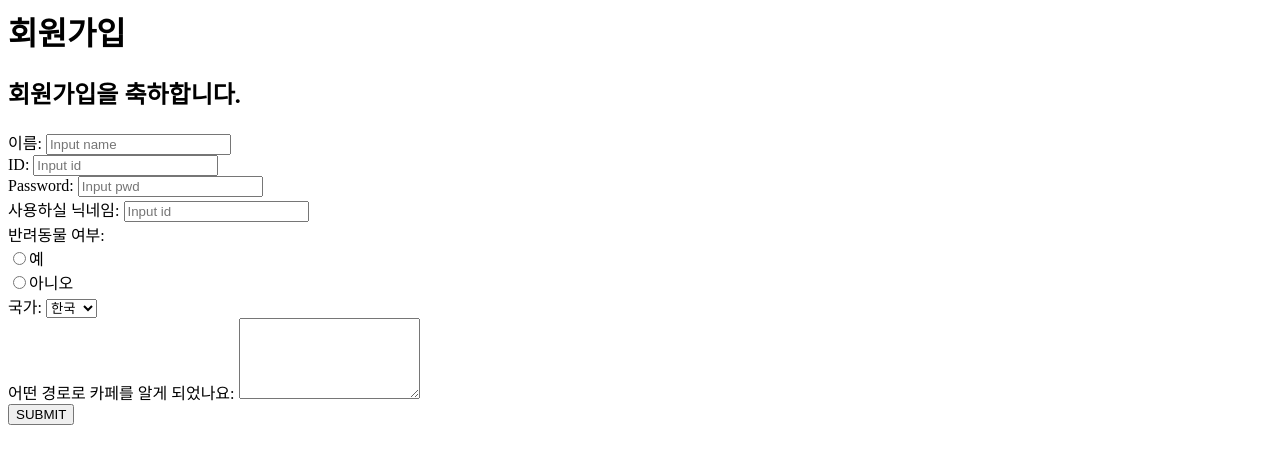
Repository: sangeun100/html
Page: http://localhost/login/register
An editor plug-in stored every save of this project. The page is shown before and after the next save, followed by the edit.
The browser window is 1280 px wide. The pictures show the whole page.
The page is this project's Thymeleaf template; nobody is signed in. The template is opened directly, without the code that normally fills it, so the values that code supplies are empty.

Above is the page before, as saved 2022-05-24 00:11:51.
Console error: ReferenceError: $ is not defined

### day061/src/main/resources/templates/login/register.html
<meta charset="UTF-8">


<script>
/* function checkid(id) {
	$.ajax({
		url:'checkid',
		data:{'id':id},
		success:function(data){
		if(data == '1') {
			$('#iid').text('사용가능 합니다.');
		}else {
			$('#iid').text('사용 불가능 합니다.');
		}
	  }
	});
}; */
$(document).ready(function () {
	$('input[name="name"]').keyup(function () { // 이름은 3자리 이상이어야 함
		var id = $(this).val();
		if (id.length < 3) {
			$('#sname').text('3자리 이상이어야 합니다.');
		  }else { //3자리 이상이면 서버에 전송
			  $('#sname').text('');
		  }
	$('input[name="id"]').keyup(function () {
		var id = $(this).val();
		if (id.length < 3) {
			$('#iid').text('3자리 이상이어야 합니다.');
			 }else {
				 $('#iid').text('');
				//checkid(id); //ajax에서 aaaa~ cccc 는 사용 불가 아이디
		}

	$('button').attr('disabled','disabled'); // 다 입력안하면 클릭불가
	$('button').click(function () {

		$('#register_form1').attr({ //등록페이지 받아오기, 제출
			'action':'register_form1impl',
			'method':'post'
		});
		$('#register_form1').submit();
		});
	$('button').removeAttr('disabled'); // 다 입력하면 클릭 가능
	});
  });
});
</script>
<h1>회원가입</h1>

<div>
<h2>회원가입을 축하합니다.</h2>
<form id="register_form1">
<!-- 이름칸 -->
<div class="form-group">
	  <label for="name">이름:</label>
	  <input type="text" name="name" class="form-control" id="name" placeholder="Input name">
      <span id="sname"></span>
	</div>
<!-- 아이디칸 -->
<div class="form-group">
	  <label for="id">ID:</label>
	  <input type="text" name="id" class="form-control" id="id" placeholder="Input id">
      <span id="iid"></span>
	</div>
<!-- 비밀번호 칸  -->
	<div class="form-group">
	  <label for="pwd">Password:</label>
	  <input type="password" name="pwd" class="form-control" id="pwd" placeholder="Input pwd">
	  <span id="pwd" class="help-block"></span>
	</div>
<!-- 닉네임칸 -->
<div class="form-group">
	  <label for="id">사용하실 닉네임:</label>
	  <input type="text" name="id" class="form-control" id="id" placeholder="Input id">
      <span id="iid"></span>
	</div>

<!-- 성별
	<div class="radio">
	  <label><input type="radio" name="optradio2" value="op2">남성</label>
	<span id="optradio2"></span></div>
	<div class="radio">
	  <label><input type="radio" name="optradio3" value="op3">여성</label>
	<span id="optradio3"></span></div> -->

<!-- 반려동물 여부-->
<label for="comment"><div>반려동물 여부:</div></label>
	<div class="radio">
	<label><input type="radio" name="optradio2" value="op2">예</label>
	<span id="optradio2"></span></div>
	<div class="radio">
	<label><input type="radio" name="optradio3" value="op3">아니오</label>
	<span id="optradio3"></span></div>
<!-- 국가 -->
<div class="form-group">
	  <label for="sel">국가:</label>
	  <select class="form-control" id="sel" name="sel">
	    <option value="1">한국</option>
	    <option value="2">미국</option>
	    <option value="3">일본</option>
	    <option value="3">중국</option>
	    <option value="4">그 외</option>
	  </select>
	<span id="sel" class="help-block"></span>
	</div>
<!-- 코멘트 -->
<div class="form-group">
  <label for="comment">어떤 경로로 카페를 알게 되었나요:</label>
  <textarea class="form-control" rows="5" id="comment" name="comment"></textarea>
 <span id="comment" class="help-block"></span>
 </div>
<button id="register_bt" type="button">SUBMIT</button>
</form>
</div>

After the next save:
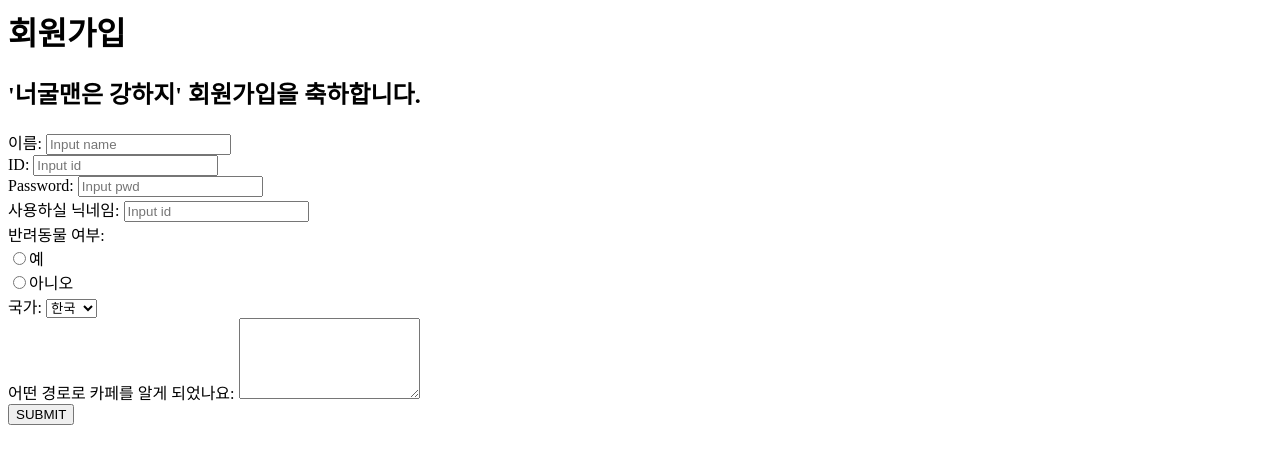
Saved 46 s later.
--- a/day061/src/main/resources/templates/login/register.html
+++ b/day061/src/main/resources/templates/login/register.html
@@ -49,7 +49,7 @@ $(document).ready(function () {
 <h1>회원가입</h1>
 
 <div>
-<h2>회원가입을 축하합니다.</h2>
+<h2>'너굴맨은 강하지' 회원가입을 축하합니다.</h2>
 <form id="register_form1">
 <!-- 이름칸 -->
 <div class="form-group">
